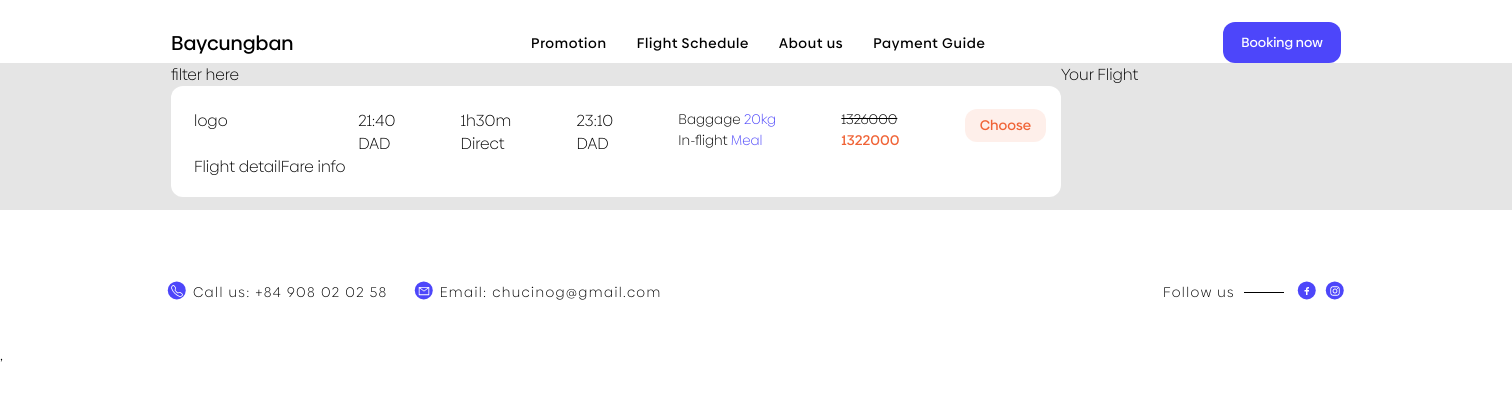
Repository: pinocoding/my-flying
Page: /list (app in my-flying/)
The author's editor kept a copy of each file at every save. The page is drawn from the files as they stood at one save, then again after the next save.
The browser window is 1280 px wide. The page is 1512 px wide, so the pictures cover 1512 px, including what lies to the right of the window. The pictures show the whole page.
The project was rebuilt for these pictures with package versions that can differ from the ones it lists, and the page was loaded fresh each time. Also part of the build but not shown: my-flying/src/components/InDecreaBtn/InDecreaBtn.js, my-flying/src/components/TravelBooking/TravelBooking.css, my-flying/src/components/TravelBooking/TravelBooking.js, my-flying/src/components/home/Home.css, my-flying/src/components/home/Home.js. Imported but missing from the stored project, and not drawn on this page: my-flying/src/reportWebVitals.

Above is the page before, as saved 2022-09-09 17:12:17.

After the next save:
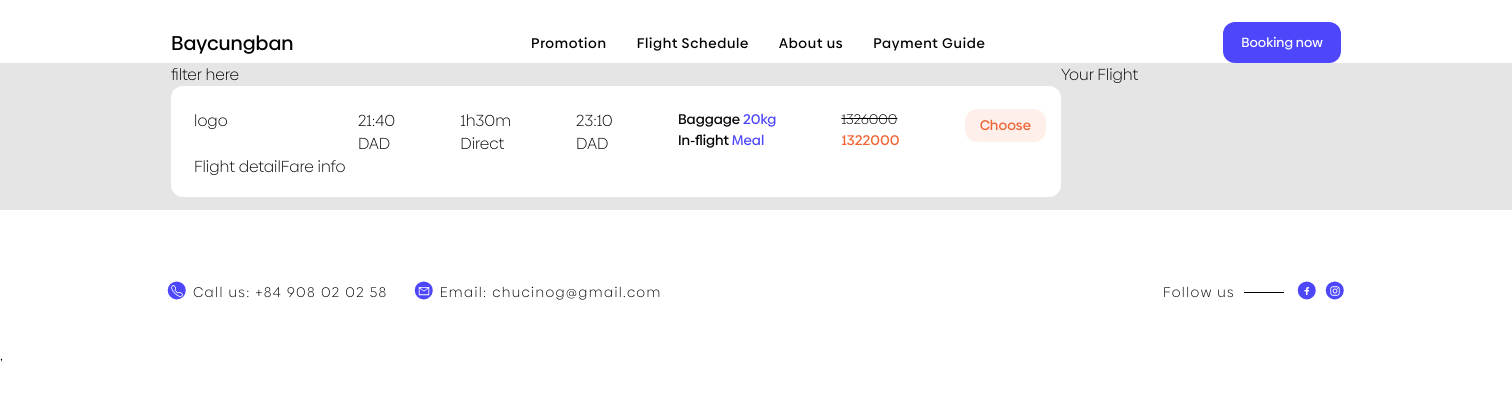
Saved 34 s later.
--- a/my-flying/src/components/FlightsInfor/FlightInfor.css
+++ b/my-flying/src/components/FlightsInfor/FlightInfor.css
@@ -14,7 +14,7 @@
 .flight-meal p {
   font-family: "SVN-Biennale";
   font-style: normal;
-  font-weight: 400;
+  font-weight: 600;
   font-size: 14px;
   line-height: 21px;
 }

After the save that followed:
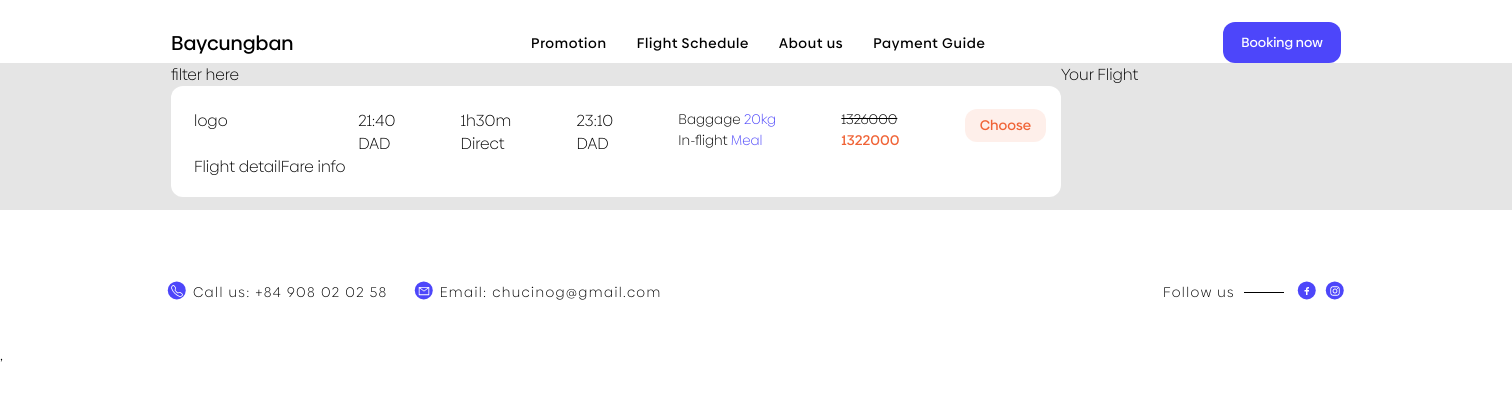
Saved 14 s later.
--- a/my-flying/src/components/FlightsInfor/FlightInfor.css
+++ b/my-flying/src/components/FlightsInfor/FlightInfor.css
@@ -14,7 +14,7 @@
 .flight-meal p {
   font-family: "SVN-Biennale";
   font-style: normal;
-  font-weight: 600;
+  font-weight: 400;
   font-size: 14px;
   line-height: 21px;
 }
